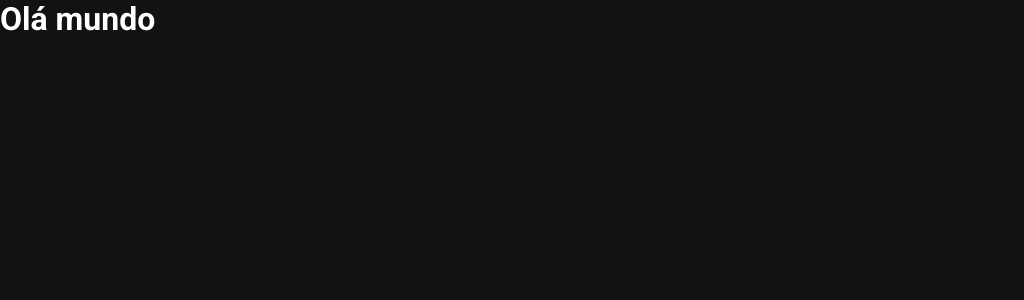
Repository: soualexandre/ignews
Page: /
The author's editor kept a copy of each file at every save. The page is drawn from the files as they stood at one save, then again after the next save.
The browser window is 1024 px wide. The pictures show the whole page.
The project was rebuilt for these pictures with package versions that can differ from the ones it lists, and the page was loaded fresh each time. The framework's server and built-in components were replaced by stand-ins that run in the browser.

Above is the page before, as saved 2021-07-21 08:34:48.

After the next save:
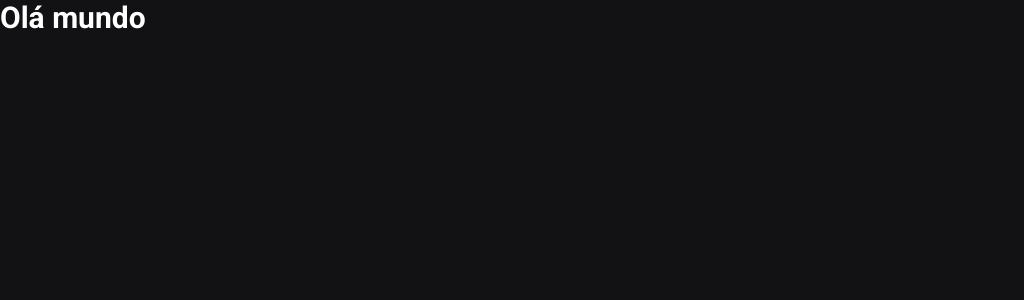
Saved 2 min 17 s later.
--- a/src/styles/global.scss
+++ b/src/styles/global.scss
@@ -11,6 +11,17 @@
     --gray-900: #121214;
     --cyan-500: #61dafb;
     --yellow-500: #eba417;
+}
+
+@media(max-width: 1080px){
+    html{
+        font-size: 93.75%;
+    }
+}
+@media(max-width: 720PX){
+    html{
+        font-size: 87.5%;
+    }
 }
 
 body{
